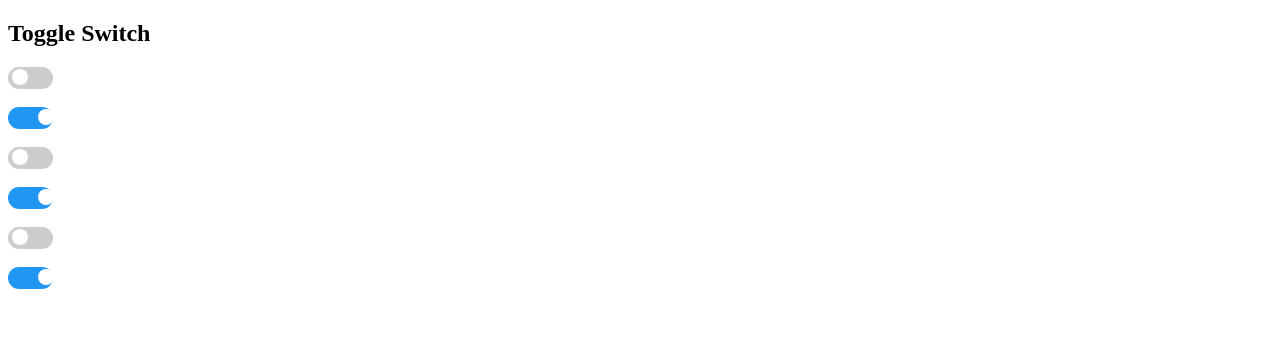
Repository: poornasyamasundar/Software-Project-Manager
Page: Resources/toggle_switch.html
The author's editor kept a copy of each file at every save. The page is drawn from the files as they stood at one save, then again after the next save.
The browser window is 1280 px wide. The pictures show the whole page.

Above is the page before, as saved 2021-10-17 20:45:07.

### Resources/toggle_switch.html
<!-- <!DOCTYPE html>
<html lang="en">
<head>
  <title>checkbox</title>
  <meta charset="utf-8">
  <meta name="viewport" content="width=device-width, initial-scale=1">
  <link rel="stylesheet" href="https://maxcdn.bootstrapcdn.com/bootstrap/3.4.1/css/bootstrap.min.css">
  <script src="https://ajax.googleapis.com/ajax/libs/jquery/3.5.1/jquery.min.js"></script>
  <script src="https://maxcdn.bootstrapcdn.com/bootstrap/3.4.1/js/bootstrap.min.js"></script>
</head>
<body>
    <div class="custom-control custom-switch">
        <input type="checkbox" class="custom-control-input" id="customSwitch1" checked>
        <label class="custom-control-label" for="customSwitch1">Toggle this switch element</label>
      </div>
</body>
</html> -->

<!DOCTYPE html>
<html>
<head>
<meta name="viewport" content="width=device-width, initial-scale=1">
<style>
.switch {
  position: relative;
  display: inline-block;
  width: 45px;
  height: 22px;
}

.switch input {
  opacity: 0;
  width: 0;
  height: 0;
}

.slider {
  position: absolute;
  cursor: pointer;
  top: 0;
  left: 0;
  right: 0;
  bottom: 0;
  background-color: #ccc;
  -webkit-transition: .4s;
  transition: .4s;
}

.slider:before {
  position: absolute;
  content: "";
  height: 16px;
  width: 16px;
  left: 4px;
  bottom: 4px;
  background-color: white;
  -webkit-transition: .4s;
  transition: .4s;
}

input:checked + .slider {
  background-color: #2196F3;
}

input:focus + .slider {
  box-shadow: 0 0 1px #2196F3;
}

input:checked + .slider:before {
  -webkit-transform: translateX(26px);
  -ms-transform: translateX(26px);
  transform: translateX(26px);
}

/* Rounded sliders */
.slider.round {
  border-radius: 34px;
}

.slider.round:before {
  border-radius: 50%;
}
</style>
</head>
<body>

<h2>Toggle Switch</h2>



<label class="switch">
  <input type="checkbox">
  <span class="slider round"></span>
</label><br/>
<br/>

<label class="switch">
  <input type="checkbox" checked>
  <span class="slider round"></span>
</label><br/>
<br/>

<label class="switch">
    <input type="checkbox">
    <span class="slider round"></span>
  </label><br/>
  <br/>

  <label class="switch">
    <input type="checkbox" checked>
    <span class="slider round"></span>
  </label><br/>
  <br/>

  <label class="switch">
    <input type="checkbox">
    <span class="slider round"></span>
  </label><br/>
  <br/>

  <label class="switch">
    <input type="checkbox" checked>
    <span class="slider round"></span>
  </label><br/>
  <br/>

</body>
</html>

After the next save:
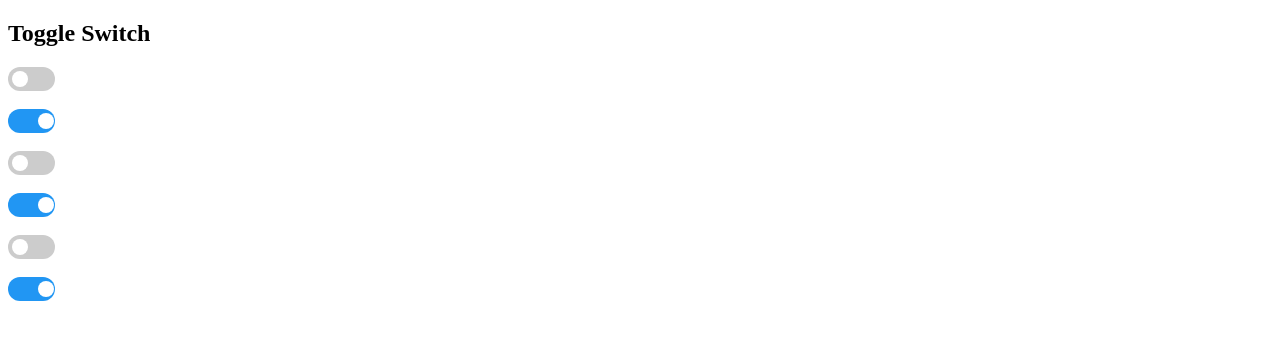
Saved 22 s later.
--- a/Resources/toggle_switch.html
+++ b/Resources/toggle_switch.html
@@ -24,8 +24,8 @@
 .switch {
   position: relative;
   display: inline-block;
-  width: 45px;
-  height: 22px;
+  width: 47px;
+  height: 24px;
 }
 
 .switch input {
